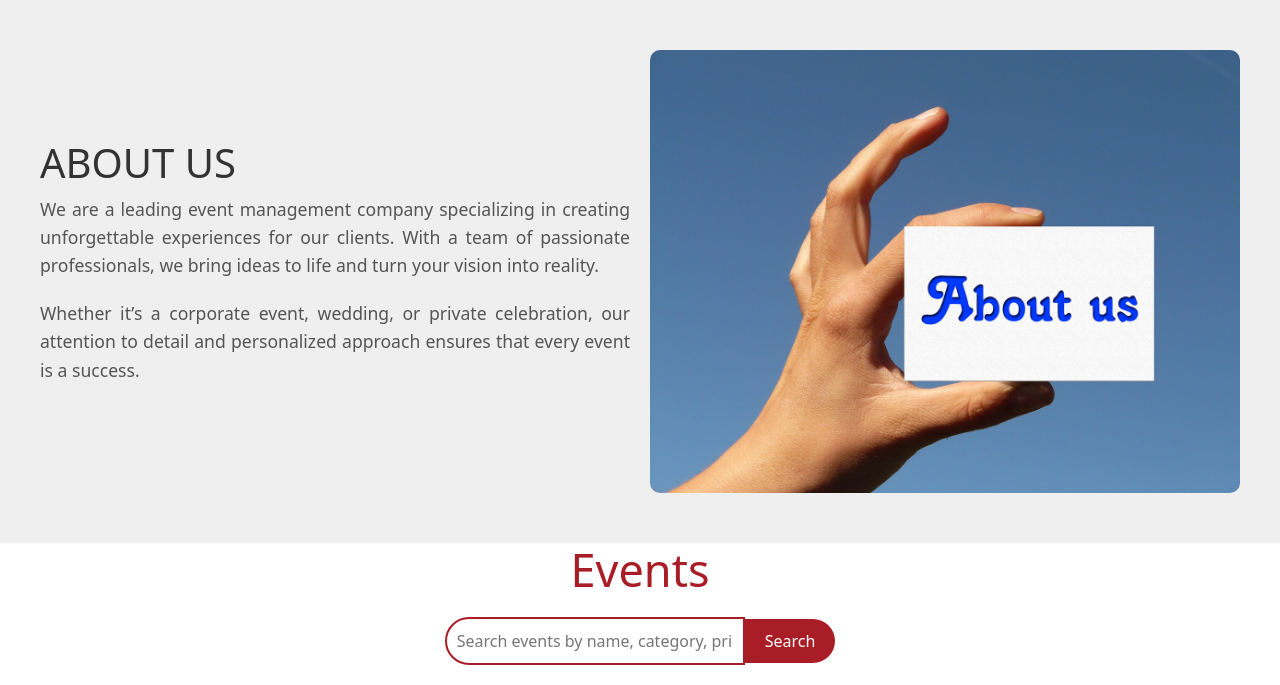
Repository: SharonSebastian32/Event-Management-System-
Page: index.html
An editor plug-in stored every save of this project. The page is shown before and after the next save, followed by the edit.
The browser window is 1280 px wide. The pictures show the part of the page from y = 820 to 1505 px (the page is 5866 px tall).
The first visible `.search-form input[type="text"]` has the focus.
A picture or video elsewhere on the page could not be fetched, so the positions and the page height are approximate. Some web libraries are served in a nearby version.

Above is the page before, as saved 2024-09-06 18:00:26.
Not found: assets/css/ContactUs.css

### index.html
<!DOCTYPE html>
<html lang="en">
  <head>
    <meta charset="UTF-8" />
    <meta name="viewport" content="width=device-width, initial-scale=1.0" />
    <link rel="icon" type="image/x-icon" href="./Assets/images/aa.png" />
    <title>Star Events</title>
    <link
      rel="stylesheet"
      href="https://cdnjs.cloudflare.com/ajax/libs/font-awesome/5.15.4/css/all.min.css"
    />
    <link rel="stylesheet" href="./Css/Styles.css" />

    <!-- conatct us  style -->
    <link rel="stylesheet" href="/assets/css/ContactUs.css" />
    <link
      href="https://cdn.jsdelivr.net/npm/bootstrap@5.3.0/dist/css/bootstrap.min.css"
      rel="stylesheet"
    />

    <!-- footer link  style   -->
    <link
      rel="stylesheet"
      href="https://cdnjs.cloudflare.com/ajax/libs/font-awesome/6.6.0/css/all.min.css"
      integrity="sha512-Kc323vGBEqzTmouAECnVceyQqyqdsSiqLQISBL29aUW4U/M7pSPA/gEUZQqv1cwx4OnYxTxve5UMg5GT6L4JJg=="
      crossorigin="anonymous"
      referrerpolicy="no-referrer"
    />
    <link href="https://cdn.jsdelivr.net/npm/bootstrap@5.3.0/dist/css/bootstrap.min.css" rel="stylesheet" />
  </head>
  <body>
    <!-- hero section start -->
    <nav>
      <div class="nav-container">
        <div class="logo">
          <a href="#home">
            <img src="./Assets/images/aa.png" alt="Event Management Logo" />
          </a>
        </div>
        <ul class="nav-links">
          <li><a href="#home">HOME</a></li>
          <li><a href="#about">ABOUT US</a></li>
          <li><a href="#events-sect">EVENTS</a></li>
          <li><a href="#services">SERVICES</a></li>
          <li><a href="#partners us">PARTNERS US</a></li>
          <li><a href="#gallery">GALLERY</a></li>
          <li><a href="#contact-us">CONTACT US</a></li>
        </ul>
        <div class="sign-in">
          <a href="#login">SIGN IN</a>
        </div>
      </div>
    </nav>

    <!-- Section for Event Management Video -->
    <section class="video-section">
      <video autoplay muted loop>
        <source src="./Assets/videos/aa.mp4" type="video/mp4" />
        Your browser does not support the video tag.
      </video>
    </section>

    <!-- hero section end -->

    <!-- about us section  start-->
    <section id="about" class="about-us-section">
      <div class="about-container">
        <div class="about-text">
          <h2>ABOUT US</h2>
          <p>
            We are a leading event management company specializing in creating
            unforgettable experiences for our clients. With a team of passionate
            professionals, we bring ideas to life and turn your vision into
            reality.
          </p>
          <p>
            Whether it’s a corporate event, wedding, or private celebration, our
            attention to detail and personalized approach ensures that every
            event is a success.
          </p>
        </div>
        <div class="about-image">
          <img src="./Assets/images/about-us.jpg" alt="About Us" />
        </div>
      </div>
    </section>
    <!-- about us section  ends-->

    <!-- events section start -->

     <section>
      <center>
        <h1 style="font-size: 45px; color: #a91d26" data-aos="zoom-in">
          Events
        </h1>
        <form class="search-form" data-aos="flip-down">
          <input
            type="text"
            name="search"
            id="search"
            placeholder="Search events by name, category, price"
            data-aos="flip-down"
          />
          <button type="submit">Search</button>
        </form>
      </center>
      <div class="event-container" id="event-container">
        <!-- Event cards will be injected here by JavaScript -->
      </div>
       <div id="event-model" class="model">
        <div class="model-content">
          <span class="close">&times;</span>
          <h2>Event Details</h2>
          <p id="event-description">Details will be displayed here.</p>
          <br />
          <a
            href="https://sharonsebastian32.github.io/razorpaypaymentgateway_implementation/"
            target="_blank"
          >
            <button class="view-details-btn-1">Register Now</button>
          </a>
        </div>
      </div>
    </section>

    <!-- events section end -->

    <!-- partner with us  start-->
    <div class="container-fluid our_partner">
      <center>
        <h2  >OUR-PARTNERS</h2>
        <h6>Brands That Trust Us</h6>
       </center>
            <div class="row partners">
                <div class="partner_section">

                    <div class="col-md-3 card_section">
                        <div class="partner_card">
                            <img src="./Assets/images/partner1.jpg" alt="OurPartner" />
                        </div>
                    </div>
                    <div class="col-md-3 card_section">
                        <div class="partner_card">
                            <img src="./Assets/images/partner2.jpg" alt="OurPartner" />
                        </div>
                    </div>
                    <div class="col-md-3 card_section">
                        <div class="partner_card">
                            <img src="./Assets/images/partner3.jpg" alt="OurPartner" />
                        </div>
                    </div>
                    <div class="col-md-3 card_section">
                        <div class="partner_card">
                            <img src="./Assets/images/partner4.jpg" alt="OurPartner" />
                        </div>
                    </div>

                </div>
            </div>
        </div>
        </div>


    <!-- partner with us  start-->

    <!-- conatct us section -->
    <div class="container-fluid contact_us" id="contact-us">
      <h2>CONTACT-US</h2>
      <h6>Our team of customer care is ready to hear from you.</h6>

      <div class="row main_section">
        <div class="col-md-6 section1">
          <h3>Customer Care</h3>
          <p>
            Not sure where to start? Need help adding that extra mojo to your
            landing page? Just visit our
            <span>hepl center</span> or get in touch with us:
          </p>
          <div class="customer_care">
            <div class="customer_care_profile">
              <div class="profile_img">
                <img src="./Assets/images/men.jpg" alt="customer_care" />
              </div>
              <div class="profile_details">
                <h5>John</h5>
                <h6>Customer Care Lead</h6>
                <p>+91 7484930837</p>
              </div>
            </div>
            <div class="customer_care_profile">
              <div class="profile_img">
                <img src="./Assets/images/women.jpg" alt="customer_care" />
              </div>
              <div class="profile_details">
                <h5>Elizabeth</h5>
                <h6>Customer Care</h6>
                <p>+91 748493083758</p>
              </div>
            </div>
          </div>
        </div>
        <div class="col-md-6 section2">
          <h3>Reach out of us!</h3>
          <p>
            Got a question about us? Are you intereseted in partnering with us?
            Have some suggestions or just want to say Hi? Contact Us:
          </p>
          <form action="">
            <input
              class="form-control"
              type="text"
              name="first_name"
              placeholder="First Name"
              required
            />
            <input
              class="form-control"
              type="text"
              name="last_name"
              placeholder="Last Name"
              required
            />
            <input
              class="form-control"
              type="email"
              name="email"
              placeholder="E-mail"
              required
            />
            <input
              class="form-control"
              type="tel"
              name="phone"
              placeholder="Phone Number"
              required
            />
            <textarea
              class="form-control"
              name="message"
              id=""
              rows="4"
              placeholder="Message"
            ></textarea>
            <button class="btn">SUBMIT</button>
          </form>
        </div>
      </div>
    </div>
    <!-- contact us section -->

    <!-- footer section start -->
    <footer>
      <div class="container">
        <div class="row">
          <div class="col-md-3 footer-col">
            <h4>Star Events</h4>
            <p>
              Star Events is the number one event conducting company in Kerala.
              We are conducting many types of events all over the state since 15
              years and created 5000 above satisfied customers. Celebrate your
              moments with star events.
            </p>
          </div>

          <div class="col-md-3 footer-col">
            <h4>Links</h4>
            <ul>
              <li><a href="">Home</a></li>
              <li><a href="">About Us</a></li>
              <li><a href="">Events</a></li>
              <li><a href="">Services</a></li>
              <li><a href="">Partner Us</a></li>
              <li><a href="">Gallery</a></li>
              <li><a href="">Contact Us</a></li>
            </ul>
          </div>

          <div class="col-md-3 footer-col">
            <h4>Our Services</h4>
            <ul>
              <li>Event Booking</li>
              <li>Anchoring</li>
              <li>Catering</li>
              <li>Advertising</li>
              <li>Marketing</li>
            </ul>
          </div>

          <div class="col-md-3 footer-col">
            <h4>Your Feedback</h4>
            <form action="">
              <input
                type="text"
                placeholder="Enter your name"
                class="inputname"
              />
              <input
                type="email"
                placeholder="Enter your email id"
                class="inputemail"
              />
              <input
                type="text"
                placeholder="Write your feedback or suggestions"
                class="inputfs"
              />
              <input type="submit" value="SUBMIT" class="inputSubmit" />
            </form>
          </div>
        </div>
        <hr />
        <div class="row">
          <div class="col-md-6">
            <p>&#169; 2024 <b>Star Events</b>. All Rights Reserved</p>
          </div>

          <div class="col-md-6 text-md-end socialIcons">
            <a href=""><i class="fab fa-facebook"></i></a>
            <a href=""><i class="fab fa-instagram"></i></a>
            <a href=""><i class="fab fa-twitter"></i></a>
            <a href=""><i class="fab fa-youtube"></i></a>
            <a href=""><i class="fab fa-whatsapp"></i></a>
          </div>
        </div>
      </div>
    </footer>



    <!-- footer setcion section end -->

    <script src="./Js/Scripts.js"></script>


    <!-- our partners -->
      <script src="https://cdn.jsdelivr.net/npm/bootstrap@5.3.0/dist/js/bootstrap.bundle.min.js"></script>
    <script src="https://cdn.jsdelivr.net/npm/bootstrap@5.3.0/dist/js/bootstrap.bundle.min.js"></script>
  </body>
</html>

### Css/Styles.css
 @import url('https://fonts.googleapis.com/css2?family=Poppins:ital,wght@0,100;0,200;0,300;0,400;0,500;0,600;0,700;0,800;0,900;1,100;1,200;1,300;1,400;1,500;1,600;1,700;1,800;1,900&display=swap');

:root {
    --main-color: #d3ad7f;
    --black: #13131a;
    --bg: #010103;
    --border: .1rem solid rgba(255, 255, 255, .3);
}



nav {
    background-color: #f2e9c9;
    padding: 10px 20px;
    position: sticky;
}

.nav-container {
    display: flex;
    justify-content: space-between;
    align-items: center;
}

.logo img {
    height: 80px;
}

.nav-links {
    list-style-type: none;
    display: flex;
    margin: 0;
    padding: 0;
}

.nav-links li {
    margin: 0 20px;
}

.nav-links li a {
    color: #a91d26;
    text-decoration: none;
    font-weight: bold;
}

.nav-links li a:hover {
    color: #FFD700;
    /* Golden color */
}

.sign-in a {
    background-color: #FFD700;
    color: maroon;
    padding: 10px 20px;
    border-radius: 5px;
    text-decoration: none;
    font-weight: bold;
}

.sign-in a:hover {
    background-color: #FFA500;
    /* Darker golden shade */
    color: #233244;
}

/* Styling for Video Section */
.video-section {
    width: 100%;
    height: 100vh;
    /* Full viewport height */
    overflow: hidden;
    position: relative;
}

.video-section video {
    position: absolute;
    top: 0;
    left: 0;
    width: 100%;
    height: 100%;
    object-fit: cover;
    /* Ensures the video covers the entire container */
}










 .event-container {
     display: flex;
     flex-direction: column;
     align-items: center;
     padding: 20px;
     width: 70%;

 }

 .event-card {
     display: flex;
     background-color: #ffffff;
     box-shadow: 0 4px 8px hwb(0 51% 46% / 0.926);
     border-radius: 10px;
     overflow: hidden;
     margin-bottom: 20px;
     width: 80%;
     max-width: 800px;
 }

 .event-card img {
     margin: 20px;
     width: 260px;
     height: 200px;
     object-fit: cover;
 }

 .event-details {
     padding: 20px;
     display: flex;
     flex-direction: column;
     justify-content: space-between;
 }

 .event-details h2 {
     font-size: 1.5em;
     margin-bottom: 10px;
 }

 .event-details p {
     margin-bottom: 8px;
     font-size: 0.95em;
 }

 .event-details a {
     color: #007BFF;
     text-decoration: none;
 }

 .event-details a:hover {
     text-decoration: underline;
 }

 .price,
 .date,
 .location {
     font-weight: bold;
 }





 .search-form {
     display: flex;
     justify-content: center;
     align-items: center;
     margin: 20px 0;
 }

 .search-form input[type="text"] {
     padding: 10px;
     font-size: 16px;
     border: 2px solid #ccc;
     border-radius: 30px 0 0 30px;
     outline: none;
     width: 300px;
     transition: all 0.3s ease;
 }

 .search-form input[type="text"]:focus {
     border-color: #a91d26;
 }

 .search-form button {
     padding: 10px 20px;
     background-color: #a91d26;
     color: white;
      border: none;
     border-radius: 0 30px 30px 0;
     cursor: pointer;
     font-size: 16px;
     transition: background-color 0.3s ease;
 }

 .search-form button:hover {
     background-color: #480606;
 }

 .search-form button:focus {
     outline: none;
 }

 .view-details-btn {
    background-color: darkred;
    color: rgb(255, 226, 154);
      padding: 5px 10px;
      border: none;

     cursor: pointer;

     font-size: 14px;

     border-radius: 3px;

     margin-top: 10px;

     transition: background-color 0.3s ease;

 }

 .view-details-btn:hover {

    background-color:#a91d26 ;
        color:  #ffecb7;
     /* Darker red on hover */
 }





  .event-container {
      display: flex;
      flex-direction: column;
      align-items: center;
      padding: 20px;
      width: 70%;

  }

  .event-card {
      display: flex;
      background-color: #ffffff;
      box-shadow: 0 4px 8px hwb(0 51% 46% / 0.926);
      border-radius: 10px;
      overflow: hidden;
      margin-bottom: 20px;
      width: 80%;
      max-width: 800px;
  }

  .event-card img {
      margin: 20px;
      width: 260px;
      height: 200px;
      object-fit: cover;
  }

  .event-details {
      padding: 20px;
      display: flex;
      flex-direction: column;
      justify-content: space-between;
  }

  .event-details h2 {
      font-size: 1.5em;
      margin-bottom: 10px;
  }

  .event-details p {
      margin-bottom: 8px;
      font-size: 0.95em;
  }

  .event-details a {
      color: #007BFF;
      text-decoration: none;
  }

  .event-details a:hover {
      text-decoration: underline;
  }

  .price,
  .date,
  .location {
      font-weight: bold;
  }

  .social-links a {
      margin-right: 10px;
      color: #555;
  }

  .social-links a:hover {
      color: #007BFF;
  }


  .search-form {
      display: flex;
      justify-content: center;
      align-items: center;
      margin: 20px 0;
  }

  .search-form input[type="text"] {
      padding: 10px;
      font-size: 16px;
      border: 2px solid #ccc;
      border-radius: 30px 0 0 30px;
      outline: none;
      width: 300px;
      transition: all 0.3s ease;
  }

  .search-form input[type="text"]:focus {
      border-color: #a91d26;
  }

  .search-form button {
      padding: 10px 20px;
      background-color: #a91d26;
      color: white;
      border: none;
      border-radius: 0 30px 30px 0;
      cursor: pointer;
      font-size: 16px;
      transition: background-color 0.3s ease;
  }

  .search-form button:hover {
      background-color: #480606;
  }

  .search-form button:focus {
      outline: none;
  }

  .view-details-btn-1 {
       background-color: red;
       color: white;
       padding: 5px 10px;
       border: none;
       cursor: pointer;
       font-size: 14px;
       border-radius: 3px;
       margin-top: 10px;
       transition: background-color 0.3s ease;
   }

  .view-details-btn-1:hover {
      background-color: darkred;
   }



  /* The Modal (background) */
  .model {
      display: none;
       position: fixed;
       z-index: 1;
       left: 0;
       top: 0;
       width:  100%;
       height: 100%;
    }

  /* Modal Content */
  .model-content {
      background-color: white;
      margin: 10% auto;
      padding: 20px;
      border: 1px solid #888;
      width: 1000px;
      height: 400px;
      position: relative;
      box-shadow: 0 4px 8px rgba(0, 0, 0, 0.2);
  }

  /* Close Button */
  .close {
      color: #aaa;
      float: right;
      font-size: 28px;
      font-weight: bold;
      cursor: pointer;
  }

  .close:hover,
  .close:focus {
      color: black;
      text-decoration: none;
      cursor: pointer;
  }


/* contact css start */
@import url('https://fonts.googleapis.com/css2?family=SUSE:wght@100..800&display=swap');

:root {
    --primary-color: #f2e9c9;
    --secondary-color: #233244;
    --ternay-color: #a91d26;
    --primary-font: "SUSE", sans-serif;
}

body {
    margin: 0;
    padding: 0;
    box-sizing: border-box;
    font-family: var(--primary-font);
}

.contact_us {
    background-color: var(--primary-color);
    min-height: 100vh;
    padding: 40px !important;
}

.contact_us>h2 {
    text-align: center;
    color: var(--ternay-color);
    font-weight: 700;
    letter-spacing: 3px;

}

.contact_us>h6 {
    text-align: center;
    color: var(--secondary-color);

}

.contact_us>.main_section {
    margin: 30px 0px;
    padding: 30px 0px;
}

.main_section>.section1 {
    padding: 10px 20px;
}

.main_section>.section1>h3 {
    color: var(--ternay-color);
    font-weight: 700;
}

.main_section>.section1>p {
    color: var(--secondary-color);
    font-weight: 400;
    font-size: 14px;
    max-width: 90%;
    margin-bottom: 30px;
}

.customer_care>.customer_care_profile {
    display: flex;
    padding: 20px;
    border-radius: 10px;
    margin: 15px 0px;
    max-width: 90%;
    box-shadow: 0px 4px 8px rgba(0, 0, 0, 0.2);
    cursor: pointer;
}

.customer_care>.customer_care_profile>.profile_img {
    margin-right: 30px;
    border-radius: 50%;
    width: 100px;
    height: 100px;
    overflow: hidden;

}

.customer_care>.customer_care_profile>.profile_img>img {
    object-fit: cover;
    width: 100%;
    height: 100%;
    filter: grayscale();
}

.customer_care>.customer_care_profile>.profile_details {
    margin: 10px 0px;
}

.customer_care>.customer_care_profile>.profile_details>h5 {
    color: var(--ternay-color);
    font-size: 20px;
    font-weight: 500;
    margin-bottom: 4px;
}

.customer_care>.customer_care_profile>.profile_details>h6 {
    margin-bottom: 6px;
    font-size: 16px;
}

.customer_care>.customer_care_profile>.profile_details>p {
    font-size: 12px;
    font-weight: 500;
    text-decoration: underline;

}

.main_section>.section2 {
    padding: 10px 20px;
}

.main_section>.section2>h3 {
    color: var(--ternay-color);
    font-weight: 700;
}

.main_section>.section2>p {
    color: var(--secondary-color);
    font-weight: 400;
    font-size: 14px;
    max-width: 90%;
    margin-bottom: 30px;
}

.main_section>.section2>form {
    display: flex;
    flex-direction: column;
    max-width: 80%;
    box-shadow: 0px 4px 8px rgba(0, 0, 0, 0.2);
    padding: 40px;
    border-radius: 10px;
}

.main_section>.section2>form>input {
    margin: 5px 0px;

}

.main_section>.section2>form>textarea {
    margin: 5px 0px;

}

.main_section>.section2>form>button {
    background-color: var(--ternay-color);
    color: var(--primary-color);
    margin-top: 10px;
    border: 2px solid var(--ternay-color);
    font-weight: bold;
    padding: 7px;
    transition: 0.4s ease-in-out;

}

.main_section>.section2>form>button:hover {
    background-color: var(--primary-color);
    color: var(--ternay-color);
}
 /* contact css end */




   /* About Us Section Styling */
   .about-us-section {
       display: flex;
       align-items: center;
       justify-content: center;
       padding: 50px 20px;
       background-color: #efefef;
   }

   .about-container {
       display: flex;
       flex-direction: row;
       align-items: center;
       justify-content: space-between;
       max-width: 1200px;
       width: 100%;
   }

   .about-text {
       flex: 1;
       margin-right: 20px;
       max-width: 600px;
       /* Limits the width of the text block */
   }

   .about-text h2 {
       font-size: 2.5rem;
       color: #333;
   }

   .about-text p {
       font-size: 1.1rem;
       color: #555;
       line-height: 1.6;
       text-align: justify;
       /* Makes the paragraph text aligned in a block */
       margin-bottom: 20px;
       /* Consistent space between paragraphs */
   }

   .about-image {
       flex: 1;
       text-align: right;
   }

   .about-image img {
       max-width: 100%;
       height: auto;
       border-radius: 10px;
   }




   /* footer section */
           footer {
               background-color: #b7b3a5;
               padding: 50px 0 20px;
               color: #333;
           }

           .footer-col h4 {
               font-size: 18px;
               font-weight: bold;
               margin-bottom: 20px;
           }

           .footer-col ul {
               list-style-type: none;
               padding-left: 0;
           }

           .footer-col ul li {
               margin-bottom: 10px;
           }

           .footer-col ul li a {
               color: #333;
               text-decoration: none;
           }

           .footer-col ul li a:hover {
               color: #007bff;
           }

           .footer-col input {
               width: 100%;
               margin-bottom: 10px;
               padding: 8px;
               border: 1px solid #ddd;
               border-radius: 4px;
           }

           .footer-col .inputSubmit {
background-color: var(--ternay-color);
          color: var(--primary-color);
                   color: white;
               border: none;
               cursor: pointer;
           }

           .footer-col .inputSubmit:hover {
               background-color: #ffecb7;
               color: #a91d26;
           }

           hr {
               margin: 30px 0;
           }

           .socialIcons a {
               color: #333;
               font-size: 24px;
               margin-right: 15px;
           }

           .socialIcons a:hover {
               color: #007bff;
           }

           @media (max-width: 767px) {
               .footer-col {
                   margin-bottom: 30px;
               }
           }





/* our partners */
@import url('https://fonts.googleapis.com/css2?family=SUSE:wght@100..800&display=swap');

:root {
    --primary-color: #f2e9c9;
    --secondary-color: #233244;
    --ternay-color: #a91d26;
    --primary-font: "SUSE", sans-serif;
}



.our_partner {
    background-color: var(--primary-color);
    min-height: 25vh;
    padding: 40px !important;
}

.our_partner>h2 {
    text-align: center;
    color: var(--ternay-color);
    font-weight: 700;
    letter-spacing: 3px;
}

.our_partner>h6 {
    text-align: center;
    color: var(--secondary-color);
    margin-bottom: 40px;
}

.our_partner>.partners {
    padding: 40px 0px;
    overflow: hidden;
}

.partner_section {
    display: flex;
    animation: scroll-left 10s linear infinite;
    animation-play-state: running;
}

.partner_section:hover {
    animation-play-state: paused;
}

.partner_section>.card_section {
    margin-right: 15px;
    cursor: pointer;
}

.partner_section>.card_section>.partner_card {
    box-shadow: 0px 4px 8px rgba(0, 0, 0, 0.2);
    border-radius: 10px;
    width: 100%;
    overflow: hidden;
}

.partner_section>.card_section>.partner_card>img {
    object-fit: cover;
    width: 100%;
    transition: 0.4s ease-in-out;
}

.partner_section>.card_section>.partner_card>img:hover {
    transform: scale(1.2);
}

@keyframes scroll-left {
    0% {
        transform: translateX(0);
    }

    100% {
        transform: translateX(-50%);
    }
}

Loaded but not shown: json/events.json (837 lines, source omitted); Js/Scripts.js (59 lines, source omitted)

After the next save:
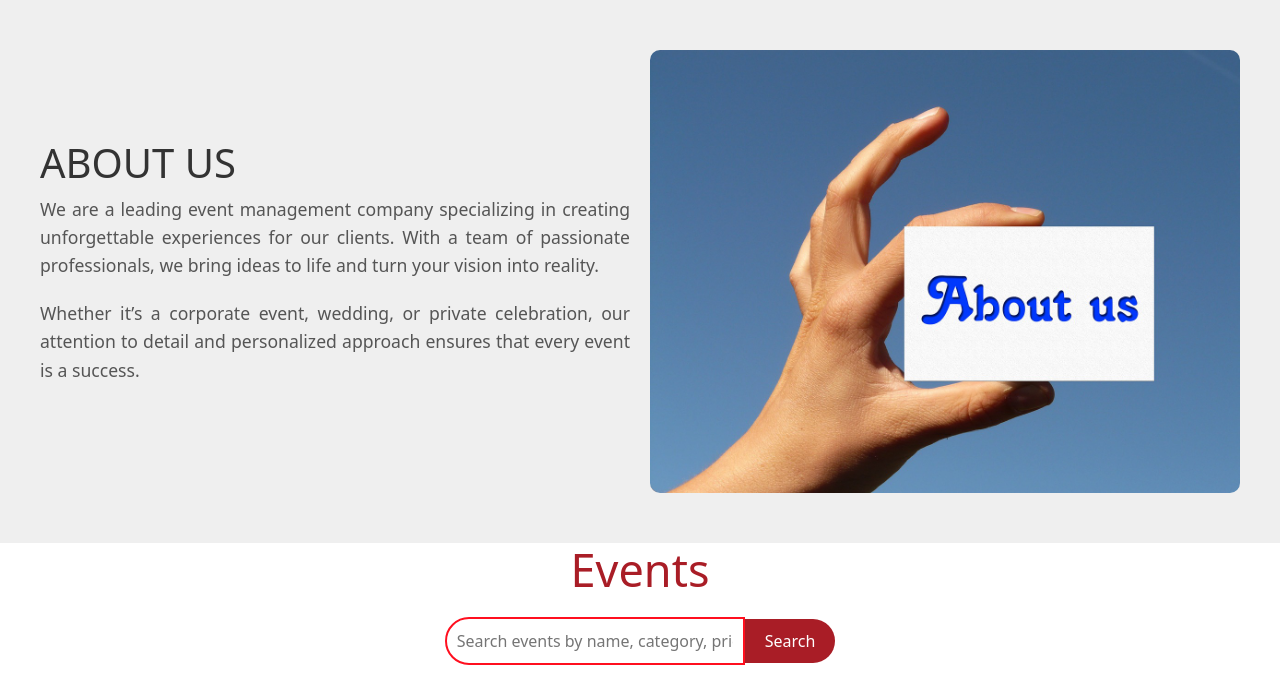
Saved 99 s later.
--- a/Css/Styles.css
+++ b/Css/Styles.css
@@ -309,7 +309,7 @@
   }
 
   .search-form input[type="text"]:focus {
-      border-color: #a91d26;
+      border-color: #ff0f1f;
   }
 
   .search-form button {
